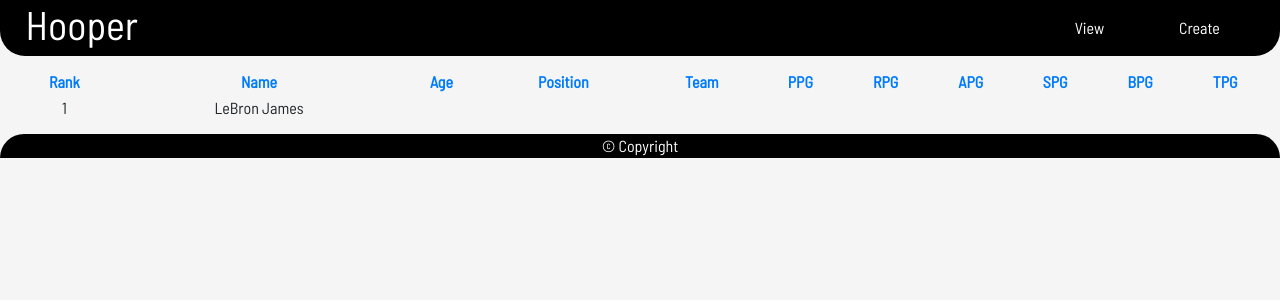
Repository: vlasarte/Hooper
Page: viewplayers.html
An editor plug-in stored every save of this project. The page is shown before and after the next save, followed by the edit.
The browser window is 1280 px wide. The pictures show the whole page.

Above is the page before, as saved 2020-02-24 17:16:24.

### viewplayers.html
<!DOCTYPE html>
<!--[if lt IE 7]>      <html class="no-js lt-ie9 lt-ie8 lt-ie7"> <![endif]-->
<!--[if IE 7]>         <html class="no-js lt-ie9 lt-ie8"> <![endif]-->
<!--[if IE 8]>         <html class="no-js lt-ie9"> <![endif]-->
<!--[if gt IE 8]><!--> <html class="no-js"> <!--<![endif]-->
    <head>
        <meta charset="utf-8">
        <meta http-equiv="X-UA-Compatible" content="IE=edge">
        <title>Hooper</title>
        <meta name="description" content="">
        <meta name="viewport" content="width=device-width, initial-scale=1">
        <link href="https://fonts.googleapis.com/css?family=Barlow+Semi+Condensed&display=swap" rel="stylesheet">
        <link rel="stylesheet" href="https://stackpath.bootstrapcdn.com/bootstrap/4.3.1/css/bootstrap.min.css" integrity="sha384-ggOyR0iXCbMQv3Xipma34MD+dH/1fQ784/j6cY/iJTQUOhcWr7x9JvoRxT2MZw1T" crossorigin="anonymous">
        <link rel="stylesheet" href="assets/css/style.css">
    </head>
    <body>

        <header>
            <h1>Hooper</h1>
            <div class="dropdown">
                <button class="dropbtn">Create</button>
                <div class="dropdown-content">
                    <a href="#">Player</a>
                    <a href="#">Team</a>
                    <a class="dropdown-content-last" href="#">Game</a>
                </div>
            </div>
            <div class="dropdown">
                <button class="dropbtn">View</button>
                <div class="dropdown-content">
                    <a href="viewplayers.html">Players</a>
                    <a href="#">Teams</a>
                    <a class="dropdown-content-last" href="#">Games</a>
                </div>
            </div>
        </header>

        <div class="body-container">

            <table style="width:100%">
                <tr>
                    <th><a href="">Rank</a></th>
                    <th><a href="">Name</a></th>
                    <th><a href="">Age</a></th>
                    <th><a href="">Position</a></th>
                    <th><a href="">Team</a></th>
                    <th><a href="">PPG</a></th>
                    <th><a href="">RPG</a></th>
                    <th><a href="">APG</a></th>
                    <th><a href="">SPG</a></th>
                    <th><a href="">BPG</a></th>
                    <th><a href="">TPG</a></th>
                </tr>
                <tr></tr>
                    <td style="text-align: center">1</td>
                    <td style="text-align: center">LeBron James</td>
                    <td style="text-align: center"></td>
                    <td style="text-align: center"></td>
                    <td style="text-align: center"></td>
                    <td style="text-align: center"></td>
                    <td style="text-align: center"></td>
                    <td style="text-align: center"></td>
                    <td style="text-align: center"></td>
                    <td style="text-align: center"></td>
                    <td style="text-align: center"></td>
                </tr>
            </table>

        </div>


        <footer>
            &copy Copyright
        </footer>

        <script src="assets/js/javascript.js" async defer></script>
    </body>
</html>

### assets/css/style.css
/* default settings */

body {
    font-family: 'Barlow Semi Condensed', sans-serif;
    background: whitesmoke;
}


/* header section */

header {
    font-family: 'Barlow Semi Condensed', sans-serif;
    width: 100%;
    height: 56px;
    background: black;
    color: white;
    padding: 0% 2%;
    border-radius: 0px 0px 25px 25px;
    position: sticky;
    top: 0;
    z-index: 1;
}

header h1 {
    float: left;
    height: 56px;
    margin: 0px;
}


/* hover dropdowns */

.dropbtn {
    height: 56px;
    font-family: 'Barlow Semi Condensed', sans-serif;
    min-width: 100px;
    background-color: black;
    color: white;
    padding: 16px;
    font-size: 16px;
    border: none;
    border-radius: 25px 25px 0px 0px;
}

.dropdown {
    margin: 0px 5px;
    float: right;
    position: relative;
    display: inline-block;
}

.dropdown-content {
    text-align: center;
    display: none;
    position: absolute;
    background-color: #f1f1f1;
    width: 100px;
    box-shadow: 0px 8px 16px 0px rgba(0, 0, 0, 0.2);
    z-index: 1;
    border-radius: 0px 0px 25px 25px;
}

.dropdown-content a {
    color: black;
    padding: 12px 16px;
    text-decoration: none;
    display: block;
}

.dropdown-content a:hover {
    background-color: #ddd;
}

.dropdown:hover .dropdown-content {
    display: block;
}

.dropdown:hover .dropbtn {
    background-color: #ddd;
    color: black;
}

.dropdown-content-last {
    border-radius: 0px 0px 25px 25px;
}

/* body container */

.body-container {
    padding: 1%;
}

th {
    text-align: center;
    color: black;
    font-weight: bold;
}


/* footer section */

footer {
    width: 100%;
    text-align: center;
    background: black;
    color: white;
    border-radius: 25px 25px 0px 0px;
}

td {
    text-align: center;
}

### assets/js/javascript.js
var player = {
    name: "LeBron James",
    team: "LAL",
    position: "SF",
    PPG: 25.0,
    APG: 10.8,
    RPG: 7.8
}

var playerName = [
    "LeBron James",
    "Anthony Davis",
    "James Harden",
    "Kawhi Leonard",
    "Luka Doncic",
    ""]

After the next save:
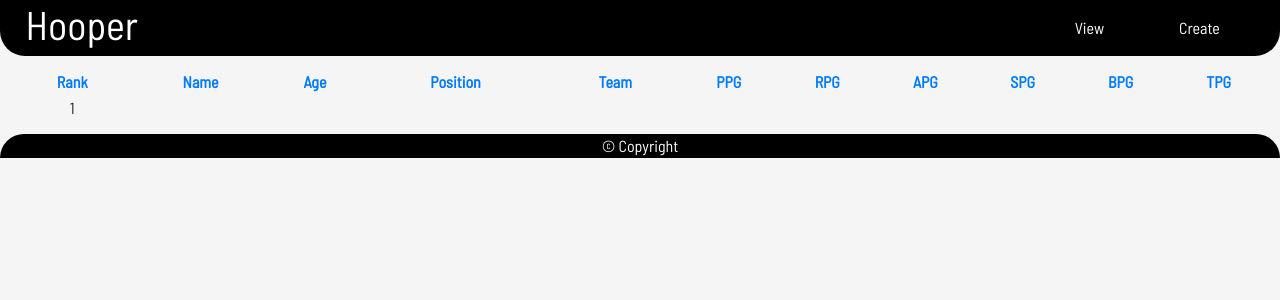
Saved 14 s later.
--- a/viewplayers.html
+++ b/viewplayers.html
@@ -52,17 +52,7 @@
                     <th><a href="">TPG</a></th>
                 </tr>
                 <tr></tr>
-                    <td style="text-align: center">1</td>
-                    <td style="text-align: center">LeBron James</td>
-                    <td style="text-align: center"></td>
-                    <td style="text-align: center"></td>
-                    <td style="text-align: center"></td>
-                    <td style="text-align: center"></td>
-                    <td style="text-align: center"></td>
-                    <td style="text-align: center"></td>
-                    <td style="text-align: center"></td>
-                    <td style="text-align: center"></td>
-                    <td style="text-align: center"></td>
+                    <td>1</td>
                 </tr>
             </table>
 
